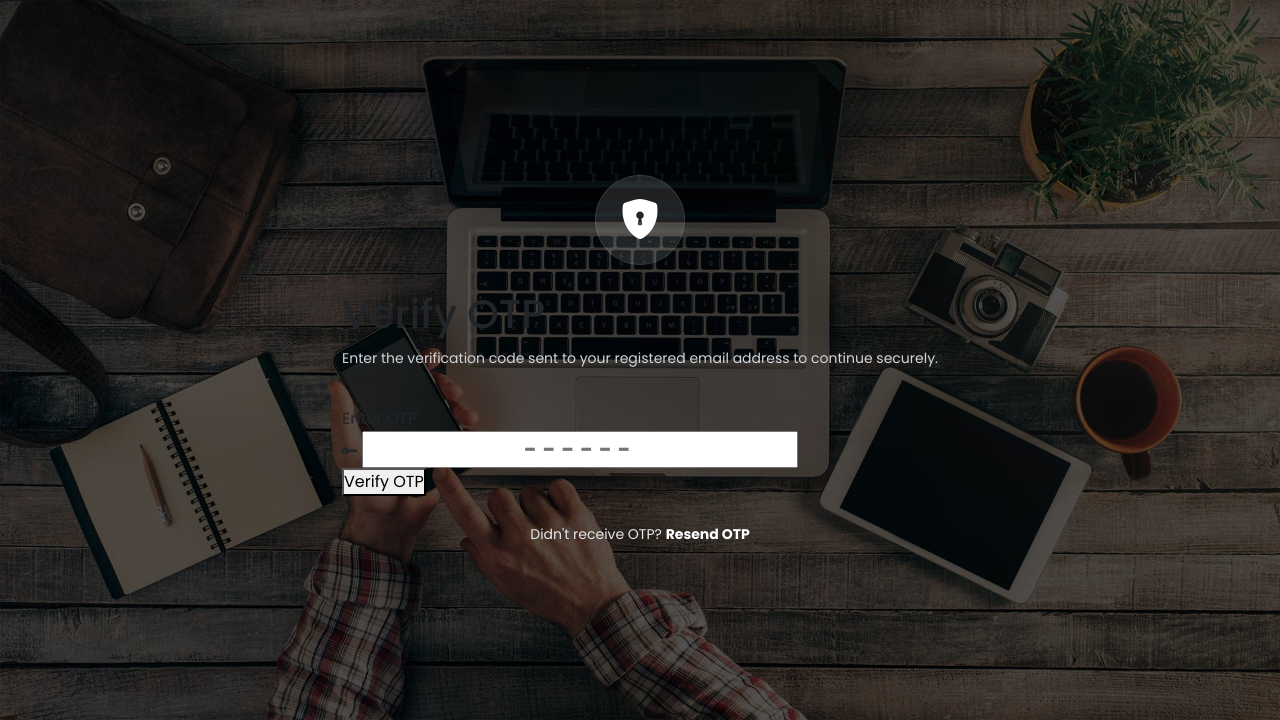
Repository: shiwamshete24-cmyk/eccomerce-laptop-website
Page: http://localhost/eccomerce_laptop_website/verify_otp.jsp
An editor plug-in stored every save of this project. The page is shown before and after the next save, followed by the edit.
The browser window is 1280 px wide. The pictures show the whole page.
The page is served by Tomcat 10. Other server files are loaded and not shown.

Above is the page before, as saved 2026-05-27 17:13:32.

### eccomerce laptop website/src/main/webapp/verify_otp.jsp
<%@ page language="java" contentType="text/html; charset=UTF-8"
	pageEncoding="UTF-8"%>

<!DOCTYPE html>
<html lang="en">

<head>

<meta charset="UTF-8">

<meta
name="viewport"
content="width=device-width, initial-scale=1.0">

<title>

	Verify OTP - TechLaptop

</title>

<!-- BOOTSTRAP -->

<link
href="https://cdn.jsdelivr.net/npm/bootstrap@5.3.2/dist/css/bootstrap.min.css"
rel="stylesheet">

<!-- ICONS -->

<link
rel="stylesheet"
href="https://cdn.jsdelivr.net/npm/bootstrap-icons@1.11.3/font/bootstrap-icons.css">

<!-- GOOGLE FONT -->

<link
href="https://fonts.googleapis.com/css2?family=Poppins:wght@300;400;500;600;700;800&display=swap"
rel="stylesheet">

<link href="css/verify_otp.css" rel="stylesheet">

<style>

body{

	min-height:100vh;

	background:
	linear-gradient(
	rgba(0,0,0,0.65),
	rgba(0,0,0,0.65)
	),
	url("img/myimg3.jpg");

	background-size:cover;

	background-position:center;

	background-repeat:no-repeat;

	overflow-x:hidden;

}

/* OTP INPUT */

.otp-input{

	text-align:center;

	font-size:22px !important;

	font-weight:700;

	letter-spacing:6px;

}

/* OTP ICON */

.otp-icon{

	width:90px;

	height:90px;

	background:
	rgba(255,255,255,0.12);

	border-radius:50%;

	display:flex;

	align-items:center;

	justify-content:center;

	margin:auto;

	margin-bottom:25px;

	border:
	1px solid rgba(255,255,255,0.1);

}

.otp-icon i{

	font-size:40px;

	color:white;

}

/* TEXT */

.otp-note{

	text-align:center;

	color:#d1d5db;

	font-size:14px;

	line-height:1.8;

	margin-bottom:35px;

}

.resend-text{

	text-align:center;

	margin-top:28px;

	font-size:14px;

	color:#e5e7eb;

}

.resend-text a{

	color:white;

	font-weight:700;

	text-decoration:none;

	transition:0.3s;

}

.resend-text a:hover{

	color:#d946ef;

}

</style>

</head>

<body>

<!-- OTP -->

<section class="login-wrapper">

	<div class="login-box">

		<!-- ICON -->

		<div class="otp-icon">

			<i class="bi bi-shield-lock-fill"></i>

		</div>

		<!-- TITLE -->

		<h1>

			Verify OTP

		</h1>

		<p class="otp-note">

			Enter the verification code sent to your registered
			email address to continue securely.

		</p>

		<!-- FORM -->

		<form
		action="VerifyOtp"
		method="post">

			<!-- OTP -->

			<div class="form-group">

				<label>

					Enter OTP

				</label>

				<div class="input-box">

					<i class="bi bi-key-fill"></i>

					<input
					type="text"
					name="otp"
					class="otp-input"
					placeholder="------"
					required>

				</div>

			</div>

			<!-- BUTTON -->

			<button
			type="submit"
			class="login-btn">

				Verify OTP

			</button>

			<!-- RESEND -->

			<div class="resend-text">

				Didn't receive OTP?

				<a href="#">

					Resend OTP

				</a>

			</div>

		</form>

	</div>

</section>

<script
src="https://cdn.jsdelivr.net/npm/bootstrap@5.3.2/dist/js/bootstrap.bundle.min.js">
</script>

</body>

</html>

### eccomerce laptop website/src/main/webapp/css/verify_otp.css


*{

	margin:0;
	padding:0;
	box-sizing:border-box;
	font-family:'Poppins',sans-serif;

}

body{

	min-height:100vh;

	display:flex;

	justify-content:center;

	align-items:center;

	background:
	linear-gradient(
	rgba(0,0,0,0.65),
	rgba(0,0,0,0.65)
	),
	url("img/myimg3.jpg");

	background-size:cover;

	background-position:center;

	padding:20px;

}

/* OTP BOX */

.otp-box{

	width:100%;
	max-width:420px;

	background:rgba(255,255,255,0.12);

	backdrop-filter:blur(15px);

	border:1px solid rgba(255,255,255,0.2);

	border-radius:28px;

	padding:40px 35px;

	box-shadow:0 10px 35px rgba(0,0,0,0.3);

	color:white;

	text-align:center;

	animation:fadeIn 0.6s ease;

}

/* ICON */

.otp-icon{

	width:90px;

	height:90px;

	background:rgba(255,255,255,0.15);

	border-radius:50%;

	display:flex;

	align-items:center;

	justify-content:center;

	margin:auto;

	margin-bottom:20px;

}

.otp-icon i{

	font-size:42px;

	color:#fff;

}

/* TITLE */

.otp-box h2{

	font-size:32px;

	font-weight:700;

	margin-bottom:10px;

}

.otp-box p{

	font-size:15px;

	color:#d1d5db;

	margin-bottom:30px;

	line-height:1.7;

}

/* INPUT */

.form-control{

	height:58px;

	border:none;

	border-radius:15px;

	padding-left:18px;

	font-size:16px;

	background:rgba(255,255,255,0.9);

	margin-bottom:22px;

}

.form-control:focus{

	box-shadow:none;

	border:2px solid #8b5cf6;

}

/* BUTTON */

.verify-btn{

	width:100%;

	height:56px;

	border:none;

	border-radius:15px;

	background:linear-gradient(90deg,#c026ff,#9333ea);

	color:white;

	font-size:17px;

	font-weight:600;

	transition:0.3s;

}

.verify-btn:hover{

	transform:translateY(-3px);

	box-shadow:0 10px 25px rgba(147,51,234,0.4);

}

/* TEXT */

.bottom-text{

	margin-top:20px;

	font-size:14px;

	color:#d1d5db;

}

.bottom-text a{

	color:#fff;

	font-weight:600;

	text-decoration:none;

}

.bottom-text a:hover{

	text-decoration:underline;

}

/* ANIMATION */

@keyframes fadeIn{

	from{

		opacity:0;
		transform:translateY(20px);

	}

	to{

		opacity:1;
		transform:translateY(0);

	}

}

After the next save:
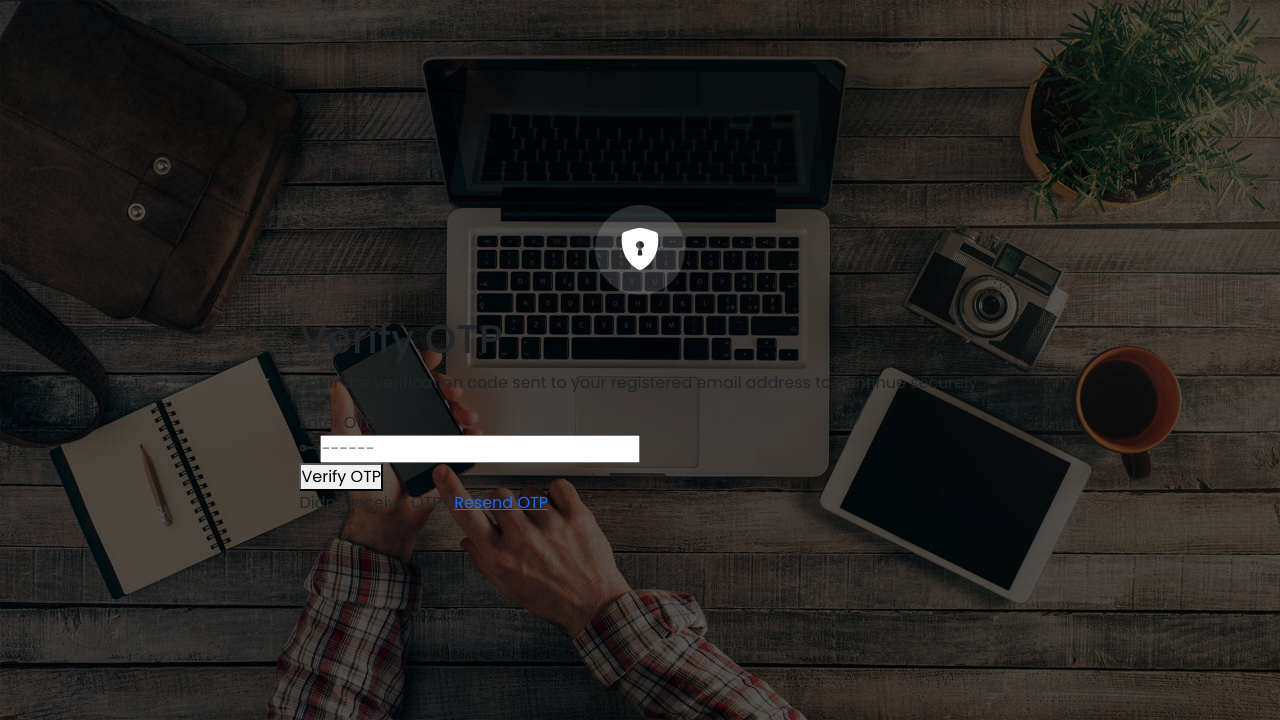
Saved 27 s later.
--- a/eccomerce laptop website/src/main/webapp/verify_otp.jsp
+++ b/eccomerce laptop website/src/main/webapp/verify_otp.jsp
@@ -61,101 +61,7 @@ body{
 
 }
 
-/* OTP INPUT */
 
-.otp-input{
-
-	text-align:center;
-
-	font-size:22px !important;
-
-	font-weight:700;
-
-	letter-spacing:6px;
-
-}
-
-/* OTP ICON */
-
-.otp-icon{
-
-	width:90px;
-
-	height:90px;
-
-	background:
-	rgba(255,255,255,0.12);
-
-	border-radius:50%;
-
-	display:flex;
-
-	align-items:center;
-
-	justify-content:center;
-
-	margin:auto;
-
-	margin-bottom:25px;
-
-	border:
-	1px solid rgba(255,255,255,0.1);
-
-}
-
-.otp-icon i{
-
-	font-size:40px;
-
-	color:white;
-
-}
-
-/* TEXT */
-
-.otp-note{
-
-	text-align:center;
-
-	color:#d1d5db;
-
-	font-size:14px;
-
-	line-height:1.8;
-
-	margin-bottom:35px;
-
-}
-
-.resend-text{
-
-	text-align:center;
-
-	margin-top:28px;
-
-	font-size:14px;
-
-	color:#e5e7eb;
-
-}
-
-.resend-text a{
-
-	color:white;
-
-	font-weight:700;
-
-	text-decoration:none;
-
-	transition:0.3s;
-
-}
-
-.resend-text a:hover{
-
-	color:#d946ef;
-
-}
 
 </style>
 
